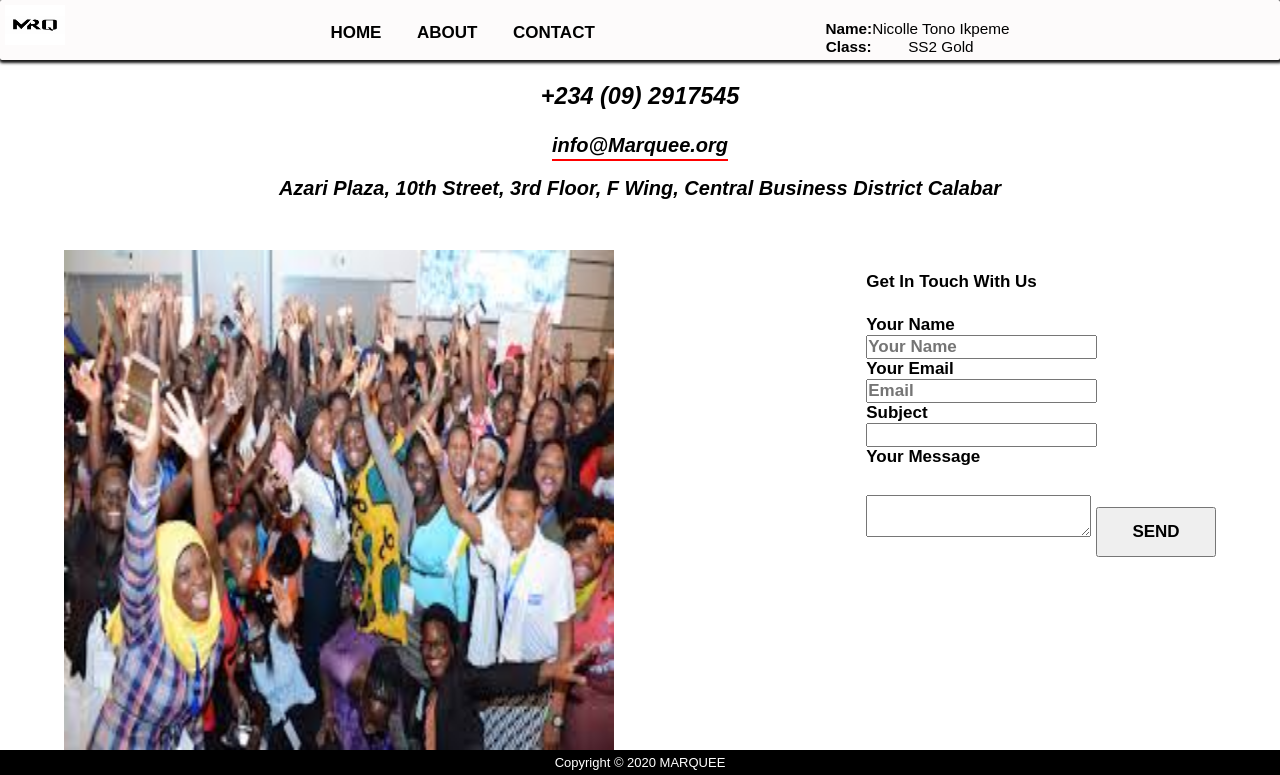
Repository: pboi18/Marquee.org
Page: contact.html
An editor plug-in stored every save of this project. The page is shown before and after the next save, followed by the edit.
The browser window is 1280 px wide. The pictures show the whole page.

Above is the page before, as saved 2020-07-11 21:40:39.

### contact.html
<!DOCTYPE html>
<html>
    <head>
        <meta charset="utf-8">
        <link rel="icon" type="image/png" sizes="16x16" href="img/logo.png">
        <title>Marquee</title>

        <link rel="stylesheet" href="style.css" >
        <link rel="stylesheet" href="normalize.css" >


    </head>

    <body>
            <nav class="main">

                    <div class="navbar2">

                        <img src="img/logo.png" alt="MARQUEE" class="logo">

                        <ul class="main-nav">
                            <li>
                                <a href="home.html">
                                    Home
                                </a>
                            </li>

                            <li>
                                <a href="about.html">
                                    ABOUT
                                </a>
                            </li>

                            <li>
                                <a href="contact.html">
                                    CONTACT
                                </a>
                            </li>

                            <li style="margin-left: 200px;">
                                <table class="id">
                                    <tr>
                                        <th>Name:</th>
                                        <td> Nicolle Tono Ikpeme</td>
                                    </tr>

                                    <tr>
                                        <th>Class:</th>
                                        <td> SS2 Gold</td>
                                    </tr>

                                </table>
                            </li>

                        </ul>





                </div>

            </nav>

            <div class="con">
                <div class="contact">
                    <address>
                        <h3>+234 (09) 2917545</h3>
                        <a href="info@Marquee.org" style="text-decoration: none; color: black;
                        font-weight: bold; border-bottom: 2px solid red; padding-bottom: 3px;">
                            info@Marquee.org
                        </a><br>
                        <p style="font-weight: bold;">Azari Plaza, 10th Street, 3rd Floor, F Wing, Central Business District Calabar</p>
                    </address>
                </div>


                <div style="height: 500px;">
                    <img src="img/images.jpg" alt="Happy women" class="image span-1-of-2">

                    <form class="form2 span-1-of-2">
                        <h4 >Get In Touch With Us</h4>
                        <label>Your Name </label>
                        <input type="text" name="Name" placeholder="Your Name" required >
                        <label>Your Email</label>
                        <input type="email"  placeholder="Email" required >
                        <label>Subject</label>
                        <input type="text" >
                        <label>Your Message</label>
                        <textarea ></textarea>
                        <!-- <input type="submit" value="SEND" name="send" style="margin-top: 40px;"> -->

                        <button type="submit" style="margin-top: 40px; width: 120px; height: 50px;">SEND</button>

                    </form>

                </div>
            </div>

        <footer>
            <P style="color: white; text-align: center; margin: 0; font-size: small; padding: 5px;">
                Copyright &copy; 2020 MARQUEE
            </P>
        </footer>
    </body>
</html>

### style.css
* {
    margin: o;
    padding: 0;
    box-sizing: border-box;
}

html {
    background-color: #fff;
    max-width: 100%;
    font-size: 20px;
    font-weight: 300;
    font-family: Arial, Helvetica, sans-serif;
    text-rendering: optimizeLegibility;
}



h1 {
    margin: 0;
}

label {
    display: block;
}

/* header {
    background-image: linear-gradient( rgba(0, 0, 0, 0.4), rgba(0, 0, 0, 0.4)), url(img/home.jpg);
    height: 100vh;
    background-size: cover;
    background-position: center;
} */


.logo {
    height: 40px;
    width: 60px;
    float: left;
    margin: 5px;
}

.main-nav {
    list-style: none;
    margin: auto;
    margin-top: 10px;
    text-align: center;


}

.main-nav li {
    display: inline-block;
    margin: 10px 15px;
    font-size: 85%;

}

.main-nav li a:link,
.main-nav li a:visited {
    color: #000;
    text-decoration: none;
    text-transform: uppercase;
    font-weight: bold;
    padding: 3px 0px;
    border-bottom: 3px solid transparent;
    transition: border-bottom 0.2s;
}

.main-nav li a:hover,
.main-nav li a:active {
    border-bottom: 3px solid rgb(158, 0, 0);
}
.id {
    display: inline;
    padding: 10px;
    font-size: 90%;
}

.navbar {
    height: 50px;
    width: 100%;
    display: inline-block;
    border-radius: 2px;
    box-shadow: 0px 3px -1px 2px rgb(190, 189, 189);
    position: fixed;
    background-color: rgb(253, 251, 251);
}

.navbar2 {
    height: 60px;
    width: 100%;
    display: inline-block;
    border-radius: 2px;
    box-shadow: 1px 1px 3px 2px rgb(20, 20, 20);
    /* position: fixed; */
    background-color: rgb(253, 251, 251);
}

.numb {
    border: solid 5px rgb(63, 62, 62);
    text-align: center;
    width: 40px;
    height: 30px;
    align-self: center;
    border-radius: 50%;
    margin: auto;
    background-color: rgb(63, 62, 62);
    color: white;
}
.wup {
    padding-top: 10px;

    background: linear-gradient(180deg, #DF2828 5.21%, rgba(223, 40, 40, 0.427083) 55.73%, rgba(223, 40, 40, 0.427083) 64.06%, rgba(223, 40, 40, 0.427083) 73.44%, rgba(222, 17, 17, 0.427083) 100%, rgba(170, 77, 77, 0) 100%);
}

.cover {
    border-radius: 5px;
    margin: auto;
}

.sec {
    background-color: black;
    height: 250px;
    width: 100%;
    text-align: center;
}



main {
    /* width: 1000px; */
    margin: auto;
}

.con {
    width: 90%;
    margin: auto;
    ;

}
.contact {
    text-align: center;
    margin: auto;
    margin-bottom: 50px;
}
.image {
    width: 550px;
    height: 500px;
    float: left;
}

.form2 {
    float: right;
    text-align: left;
    font-size: 85%;
    font-weight: bold;
}

footer {
    background-color: #000;
}

Loaded but not shown: normalize.css (library)

After the next save:
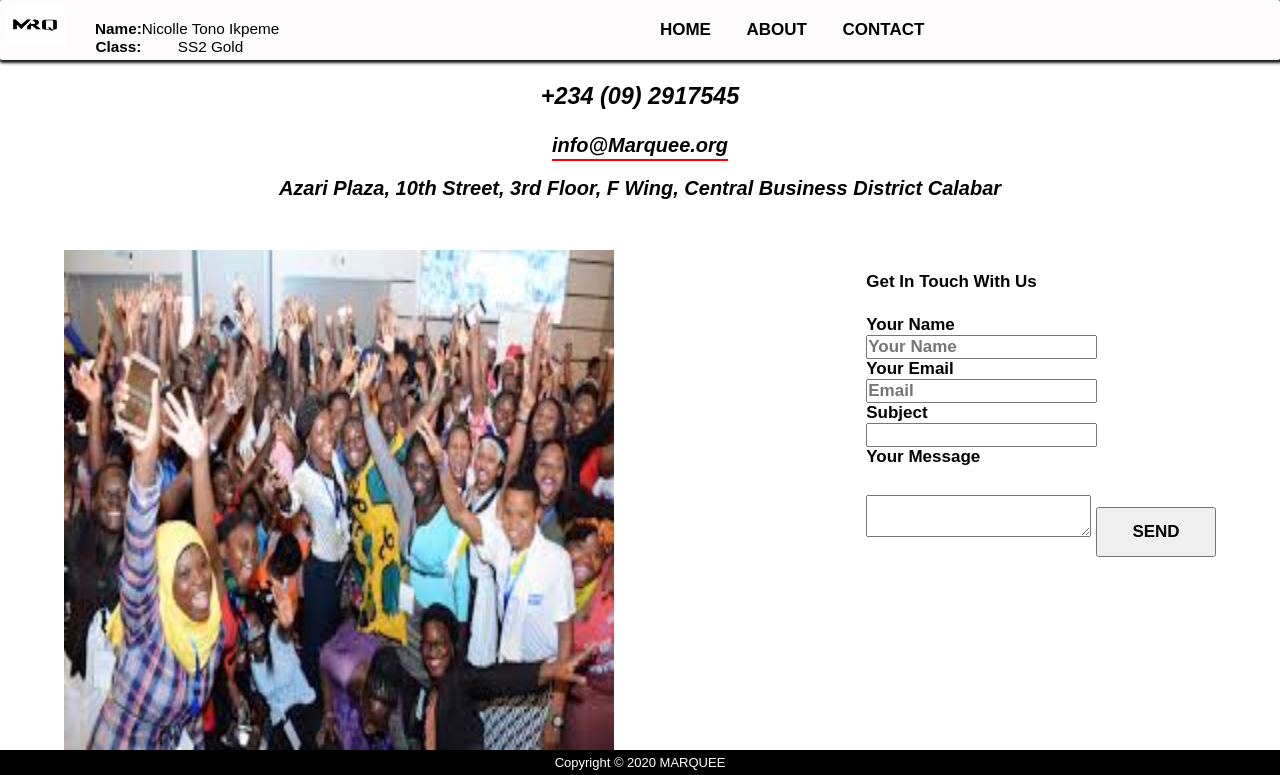
Saved 13 s later.
--- a/contact.html
+++ b/contact.html
@@ -37,7 +37,7 @@
                                 </a>
                             </li>
 
-                            <li style="margin-left: 200px;">
+                            <li style="float: left;">
                                 <table class="id">
                                     <tr>
                                         <th>Name:</th>
